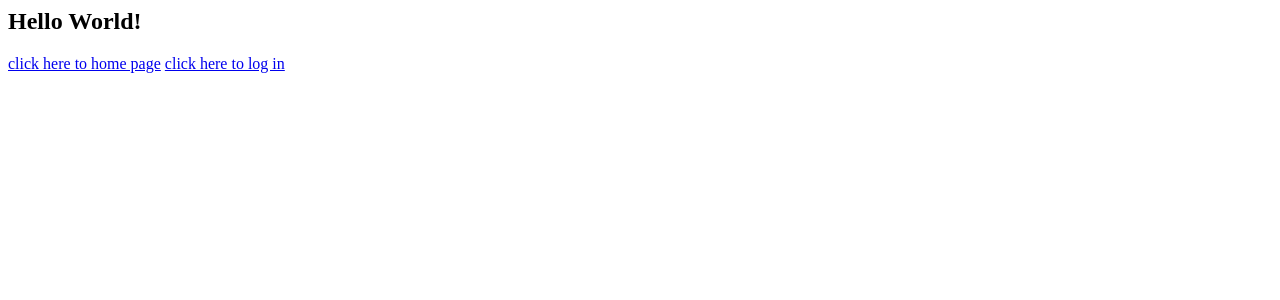
Repository: siddhesh999/SPRING-MVC
Page: http://localhost/springmvc/
The author's editor kept a copy of each file at every save. The page is drawn from the files as they stood at one save, then again after the next save.
The browser window is 1280 px wide. The pictures show the whole page.
The page is served by Tomcat 9. Other server files are loaded and not shown.

Above is the page before, as saved 2022-01-06 11:54:51.

### springmvc/src/main/webapp/index.jsp
<html>
<body>
<h2>Hello World!</h2>
<a href="./home.jsp">click here to home page</a>

<a href="./login.jsp">click here to log in </a>
</body>
</html>

After the next save:
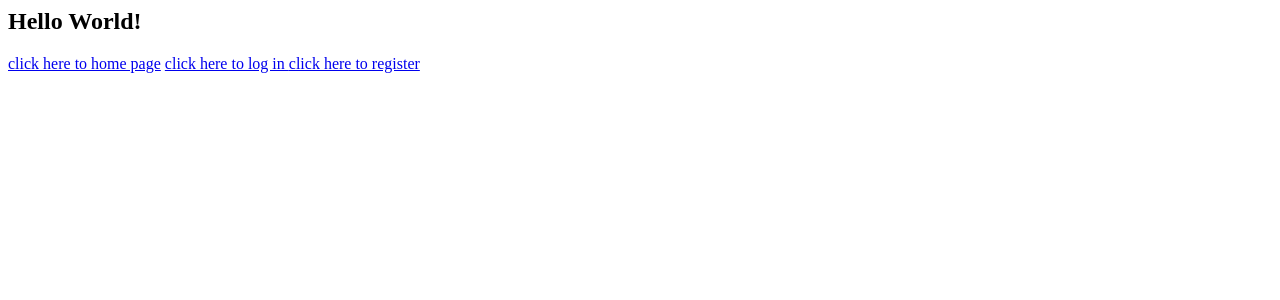
Saved 78 s later.
--- a/springmvc/src/main/webapp/index.jsp
+++ b/springmvc/src/main/webapp/index.jsp
@@ -4,5 +4,7 @@
 <a href="./home.jsp">click here to home page</a>
 
 <a href="./login.jsp">click here to log in </a>
+
+<a href="./register">click here to register</a>
 </body>
 </html>
